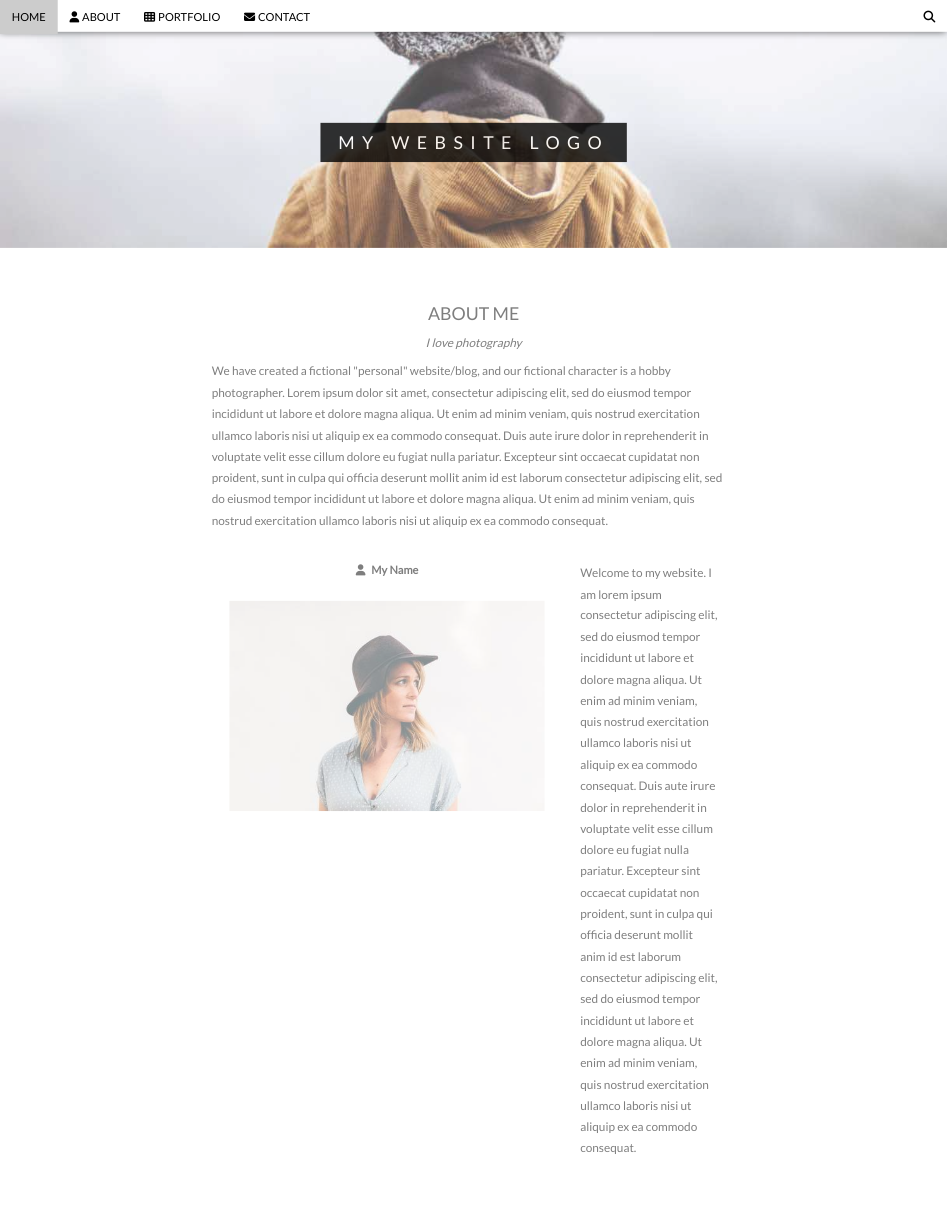
Repository: xd25vn/project-error
Page: index.html
These files come from the project's save history. The page is drawn as it stood at one moment and after the next save; the edit follows.
The browser window is 1280 px wide. The pictures show the whole page, at 74% of full size.

Above is the page before, as saved 2023-09-02 17:47:48.

After the next save:
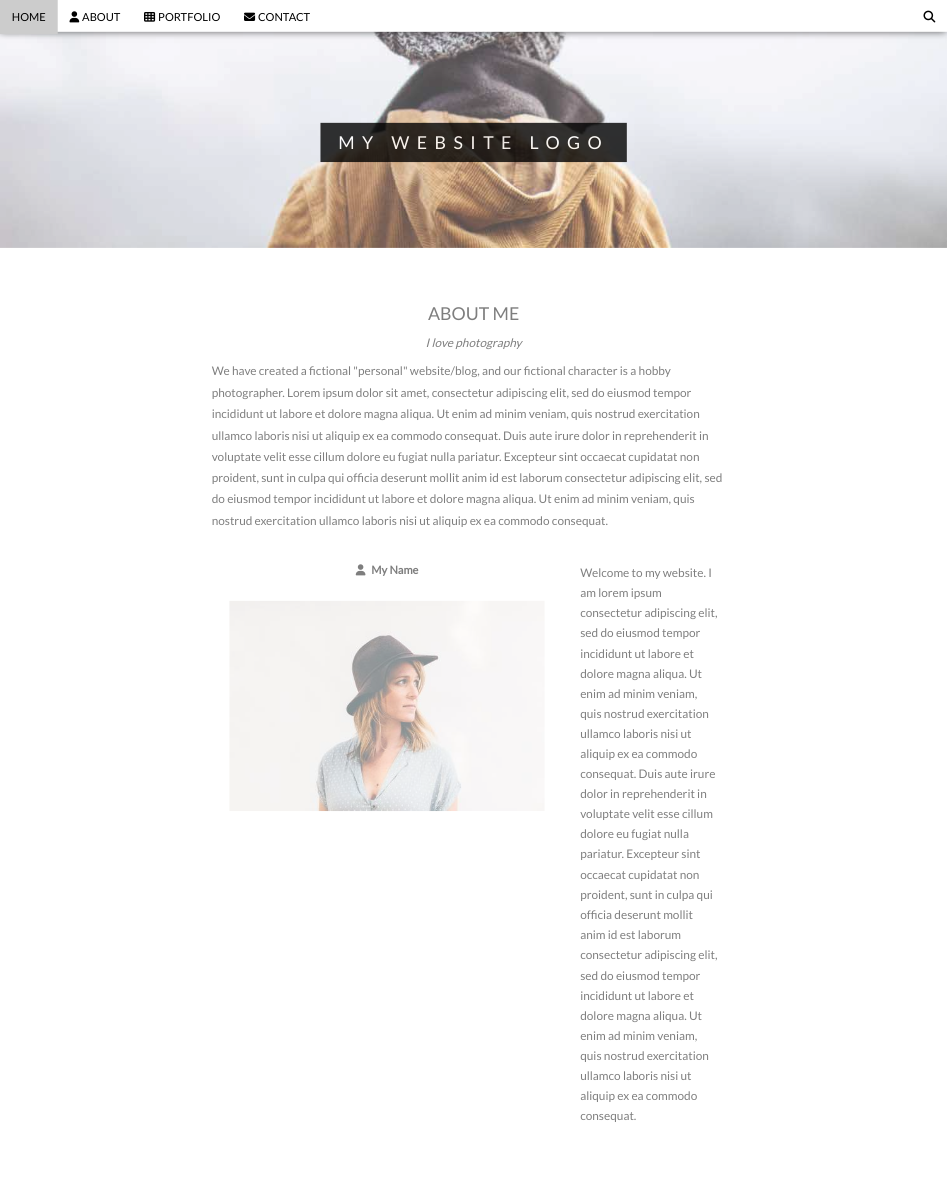
Saved 17 s later.
--- a/assets/main.css
+++ b/assets/main.css
@@ -145,5 +145,5 @@ header .nav-icon-search:hover i {
 }
 
 #content #per-dec-one .per-text-one p {
-    line-height: 1.8;
+    line-height: 1.7;
 }
